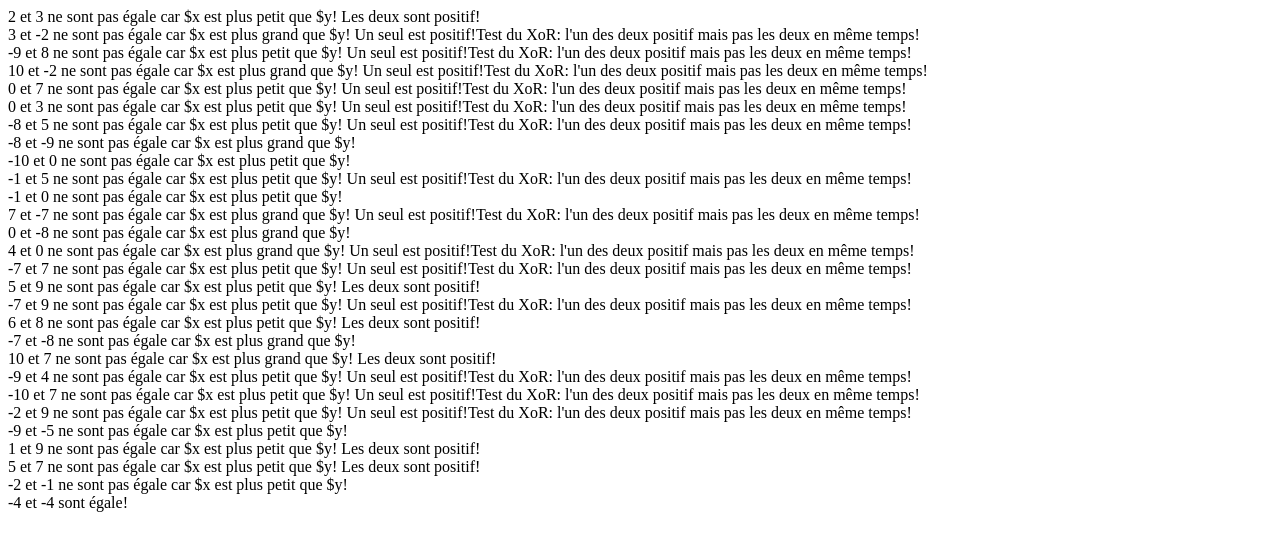
Repository: QuentinFayt/base-php-2021
Page: http://localhost/09-conditions.php
These files come from the project's save history. The page is drawn as it stood at one moment and after the next save; the edit follows.
The browser window is 1280 px wide. The pictures show the whole page.
The page is run by PHP 8.4 with error messages shown; the project is at /var/www/html/.

Above is the page before, as saved 2021-09-03 11:07:09.

### 09-conditions.php
<?php

do {
    $x = mt_rand(-10, 10);
    $y = mt_rand(-10, 10);
    if ($x === $y) {
        echo "$x et $y sont égale!</br>";
    } else {
        echo "$x et $y ne sont pas égale car";
        echo $x < $y ? ' $x est plus petit que $y! ' : ' $x est plus grand que $y! ';
        if (0 < $x && 0 < $y) {
            echo "Les deux sont positif!";
        } elseif (0 < $x || 0 < $y) {
            echo "Un seul est positif!";
        }
        if (0 < $x ^ 0 < $y) {
            echo "Test du XoR: l'un des deux positif mais pas les deux en même temps!";
        }
        echo "</br>";
    }
} while ($x !== $y);

After the next save:
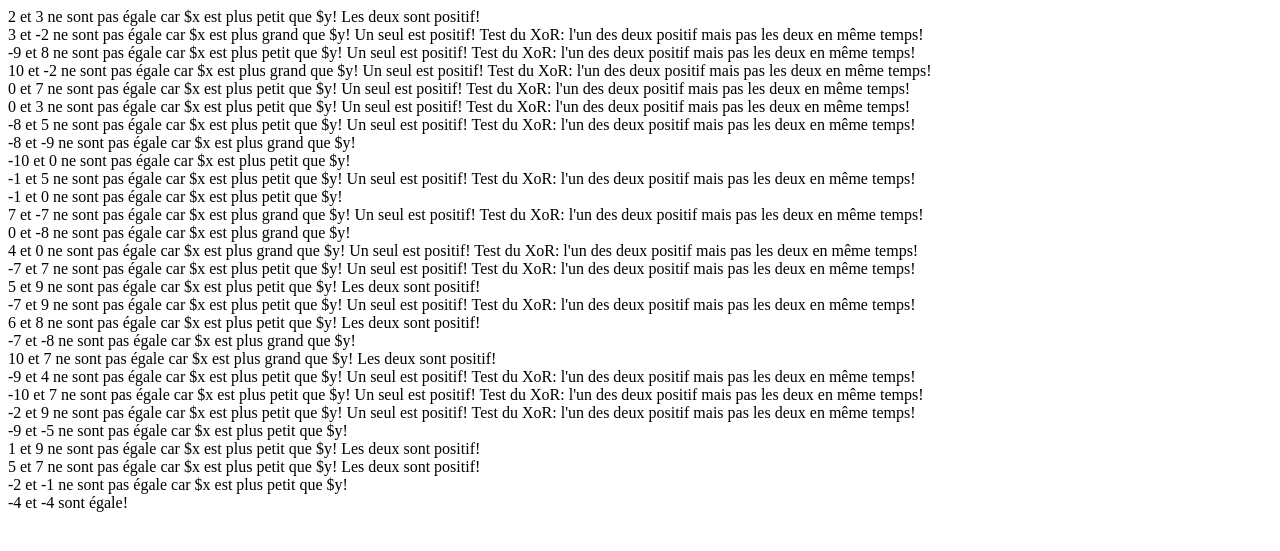
Saved 12 s later.
--- a/09-conditions.php
+++ b/09-conditions.php
@@ -14,7 +14,7 @@ do {
             echo "Un seul est positif!";
         }
         if (0 < $x ^ 0 < $y) {
-            echo "Test du XoR: l'un des deux positif mais pas les deux en même temps!";
+            echo " Test du XoR: l'un des deux positif mais pas les deux en même temps!";
         }
         echo "</br>";
     }
